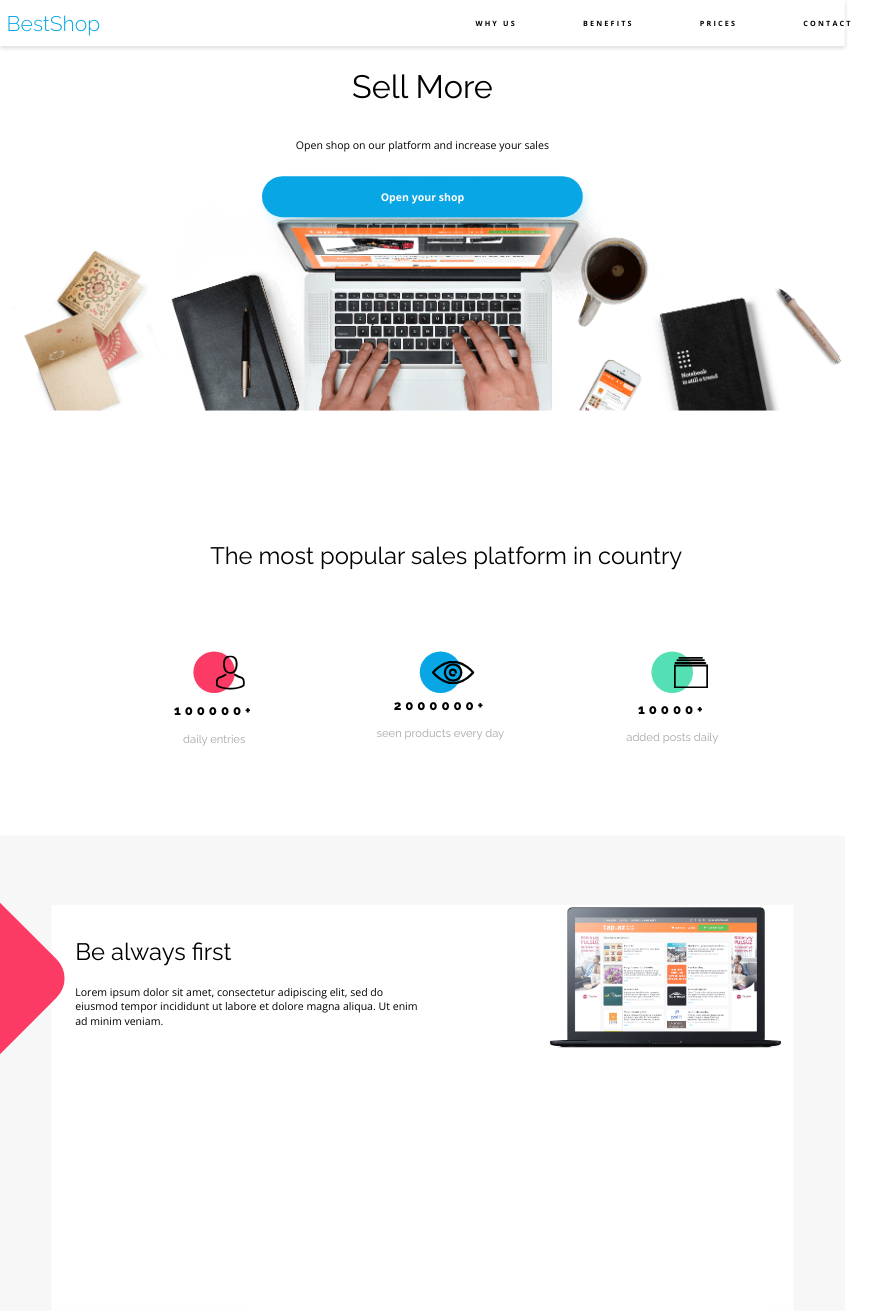
Repository: Widzisz/bestshop-website
Page: index.html
An editor plug-in stored every save of this project. The page is shown before and after the next save, followed by the edit.
The browser window is 1280 px wide. The page is 1352 px wide, so the pictures cover 1352 px, including what lies to the right of the window. The pictures show the whole page, at 66% of full size.

Above is the page before, as saved 2021-03-19 21:09:06.

After the next save:
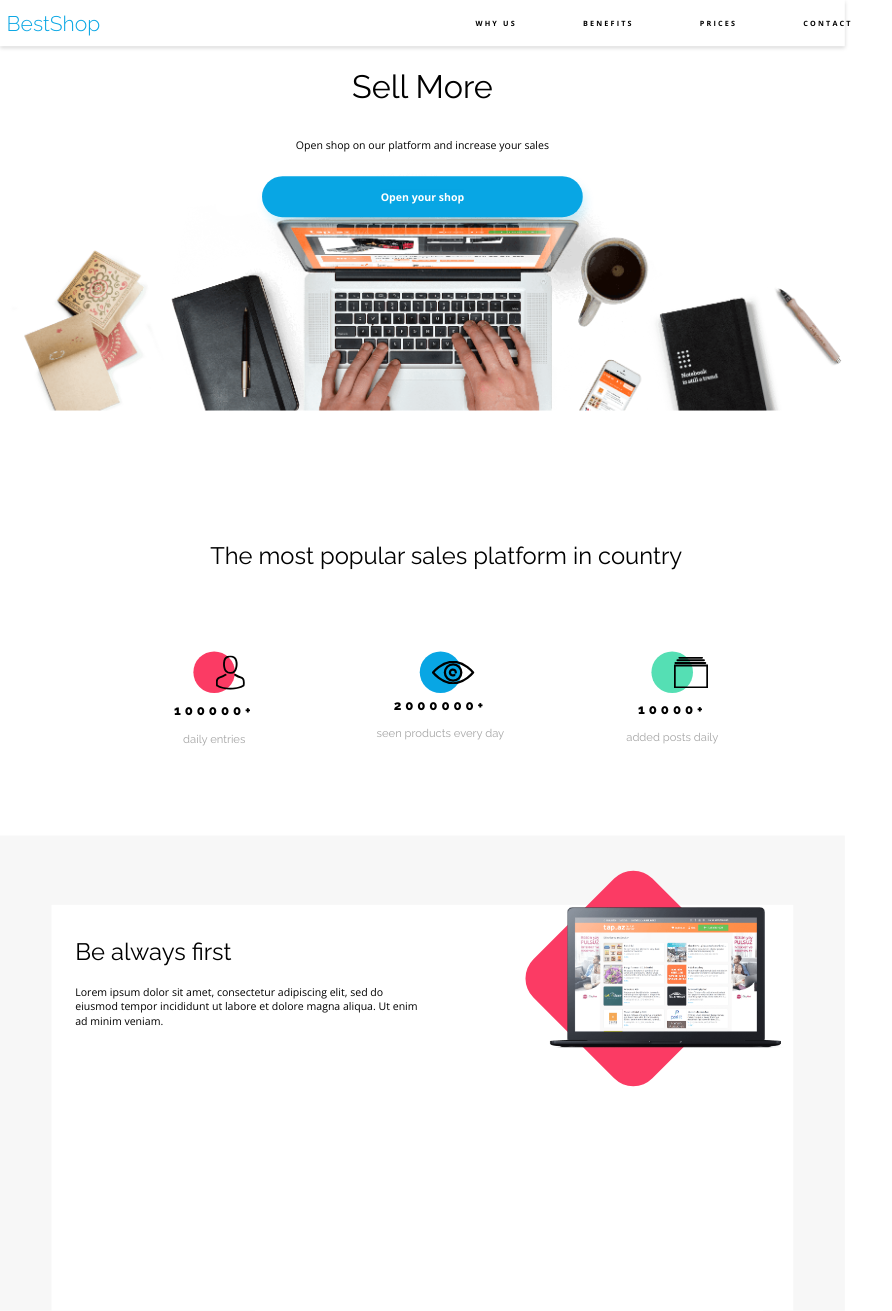
Saved 12 s later.
--- a/css/style.css
+++ b/css/style.css
@@ -298,7 +298,7 @@ body {
   opacity: 1;
   transform: rotate(45deg);
   position: absolute;
-  left: -193px;
+  right: 193px;
   z-index: 0;
 }
 .text__rows {
